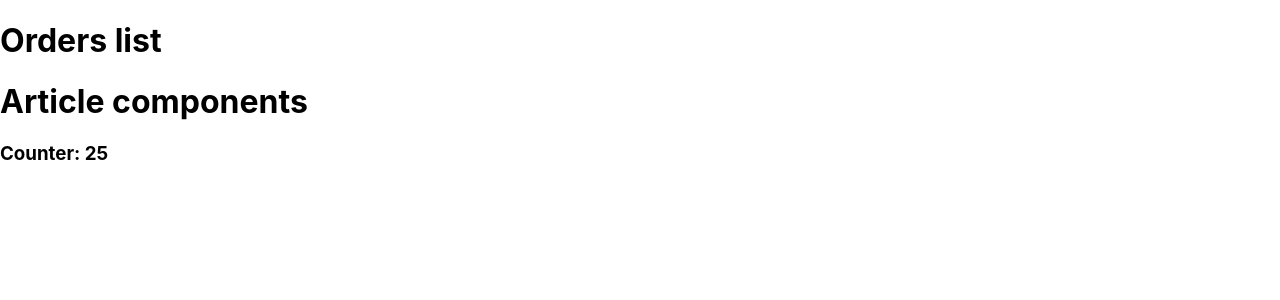
Repository: FS-23/react-navigation
Page: /menu
An editor plug-in stored every save of this project. The page is shown before and after the next save, followed by the edit.
The browser window is 1280 px wide. The pictures show the whole page.
The project was rebuilt for these pictures with package versions that can differ from the ones it lists, and the page was loaded fresh each time.

Above is the page before, as saved 2022-05-06 12:59:37.

After the next save:
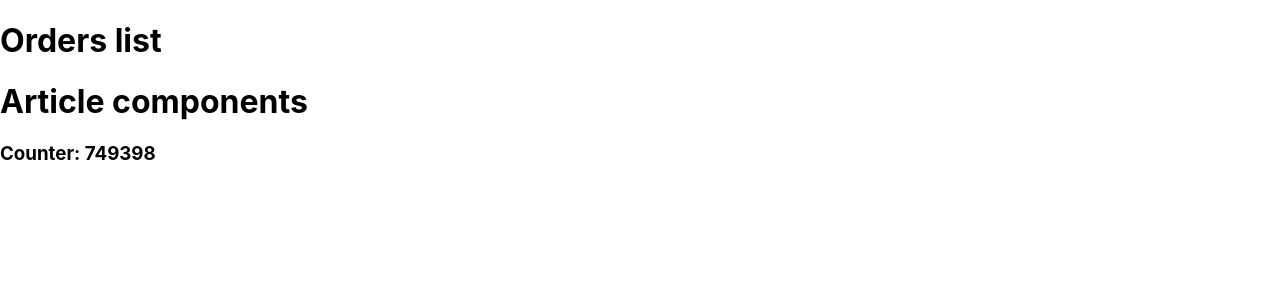
Saved 18 s later.
--- a/src/components/Article.js
+++ b/src/components/Article.js
@@ -29,7 +29,7 @@
      render(){
         this.timer = setInterval(()=>{
             this.setState({count: this.state.count ++})
-        },1000)
+        })
          return(
             <>
                 <h1>Article components</h1>
